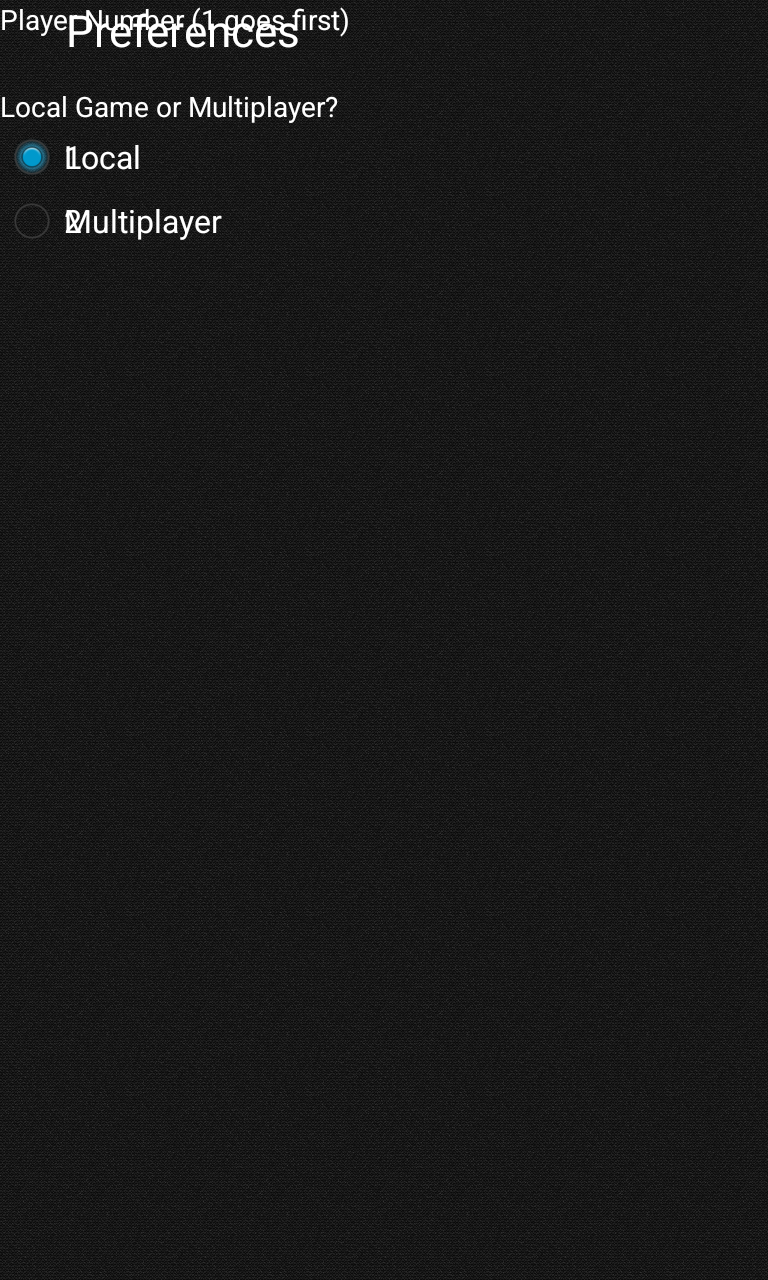
Repository: Tacohen/Killbots
Layout: Killbots/res/layout/settings.xml
An editor plug-in stored every save of this project. The layout is shown before and after the next save, followed by the edit.
It is drawn on a 768 x 1280 px phone screen (xhdpi) without system bars, with theme AppTheme; the app's code is not run.

Above is the layout before, as saved 2013-12-14 03:00:41.

After the next save:
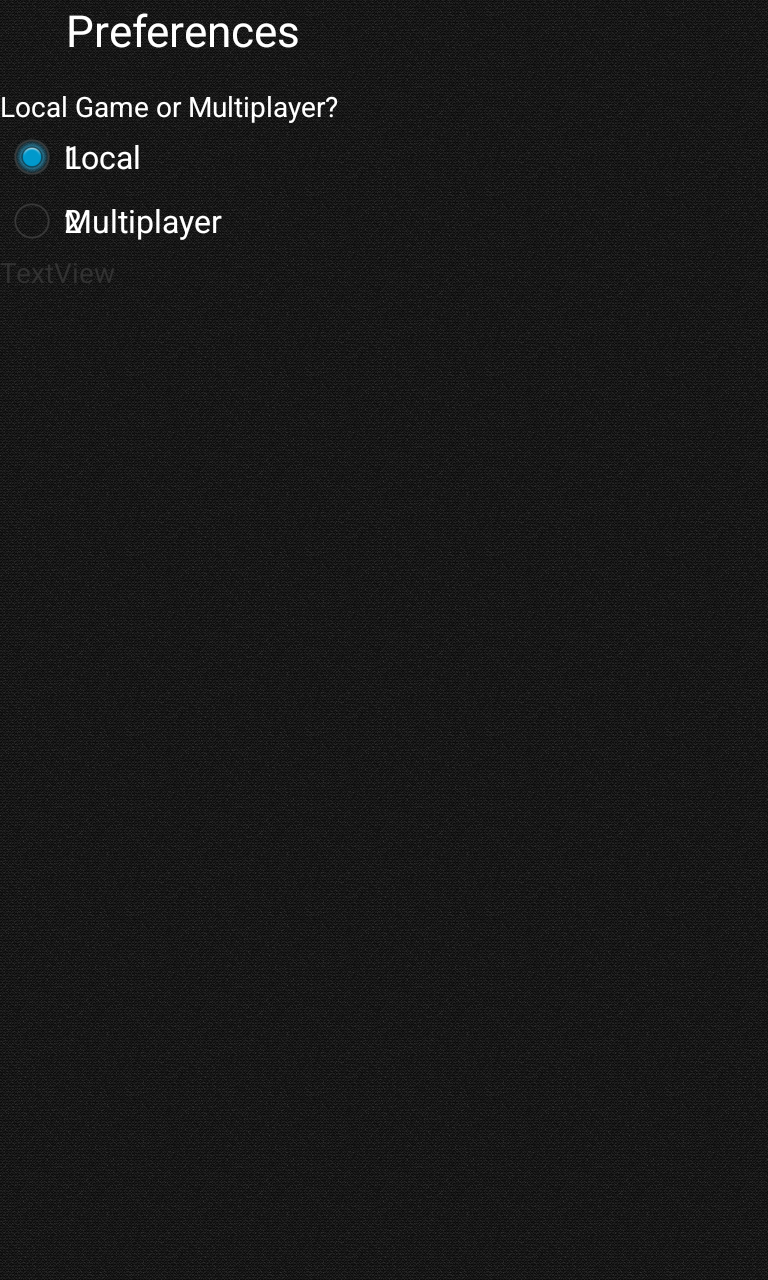
Saved 53 s later.
--- a/Killbots/res/layout/settings.xml
+++ b/Killbots/res/layout/settings.xml
@@ -51,15 +51,25 @@
     </RadioGroup>
 
     <TextView
-        android:id="@+id/playerNumberId"
+        android:id="@+id/checkedid"
+        android:layout_width="wrap_content"
+        android:layout_height="wrap_content"
+        android:layout_below="@+id/radioGroupUnits" />
+    <TextView
+        android:id="@+id/checkedindex"
+        android:layout_width="wrap_content"
+        android:layout_height="wrap_content"
+        android:layout_below="@+id/checkedid"  />
+
+    <TextView
+        android:id="@+id/textView1"
         android:layout_width="wrap_content"
         android:layout_height="wrap_content"
         android:layout_alignParentLeft="true"
-        android:textColor="@android:color/white"
         android:layout_alignTop="@+id/checkedid"
-        android:text="Player Number (1 goes first)" />
+        android:text="TextView" />
 
-    <RadioGroup
+        <RadioGroup
         android:id="@+id/radioGroupUnitsPlayerNumber"
         android:layout_width="wrap_content"
         android:layout_height="wrap_content"
